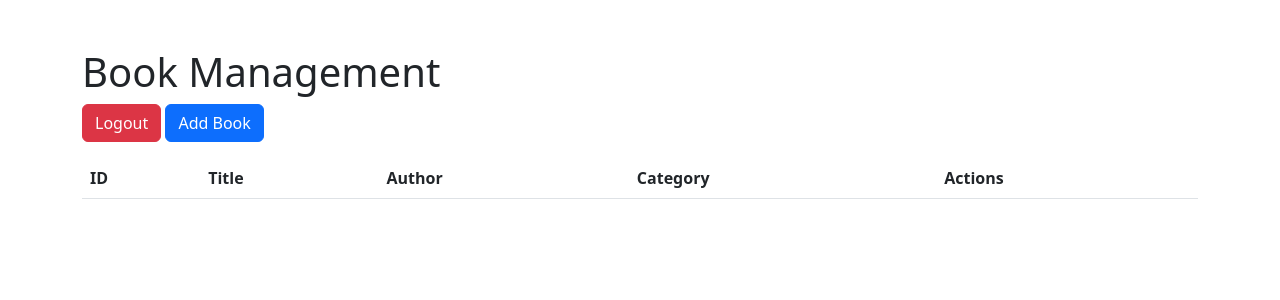
Repository: Abdulahi338/Book-management-system
Page: http://localhost/book/
The author's editor kept a copy of each file at every save. The page is drawn from the files as they stood at one save, then again after a run of saves.
The browser window is 1280 px wide. The pictures show the whole page.
The page is run by PHP 8.4 with error messages shown; the project is at /var/www/html/. The session is filled in as if someone had signed in: {"user_id": 1, "email": "test@example.com", "role": "admin"}. Other server files are loaded and not shown. Queries for data that is not in the repository find no rows.

Above is the page before, as saved 2024-08-22 17:36:25.

### index.php
<?php
session_start();

// Check if user is logged in
if (!isset($_SESSION['user_id'])) {
    header("Location: login.php");
    exit();
}

// Include database connection
include "conn.php";

?>
<!DOCTYPE html>
<html lang="en">
<head>
    <meta charset="UTF-8">
    <meta name="viewport" content="width=device-width, initial-scale=1.0">
    <title>Book Management System</title>
    <link href="https://cdn.jsdelivr.net/npm/bootstrap@5.3.0/dist/css/bootstrap.min.css" rel="stylesheet">
    <script src="https://code.jquery.com/jquery-3.6.0.min.js"></script>
    <script src="https://cdn.jsdelivr.net/npm/bootstrap@5.3.0/dist/js/bootstrap.bundle.min.js"></script>
    <script src="scripts.js"></script>
</head>
<body>
    <div class="container mt-5">
        <h1>Book Management</h1>
        <!-- Logout Button -->
        <a href="logout.php" class="btn btn-danger mb-3">Logout</a>
        <button class="btn btn-primary mb-3" data-bs-toggle="modal" data-bs-target="#addBookModal">Add Book</button>
        <table class="table table-striped">
            <thead>
                <tr>
                    <th>ID</th>
                    <th>Title</th>
                    <th>Author</th>
                    <th>Category</th>
                    <th>Actions</th>
                </tr>
            </thead>
            <tbody id="book-list">
                <!-- Books will be loaded here -->
            </tbody>
        </table>
    </div>

    <!-- Add Book Modal -->
    <div class="modal fade" id="addBookModal" tabindex="-1" aria-labelledby="addBookModalLabel" aria-hidden="true">
        <div class="modal-dialog">
            <div class="modal-content">
                <div class="modal-header">
                    <h5 class="modal-title" id="addBookModalLabel">Add Book</h5>
                    <button type="button" class="btn-close" data-bs-dismiss="modal" aria-label="Close"></button>
                </div>
                <div class="modal-body">
                    <form id="add-book-form">
                        <div class="mb-3">
                            <label for="add-title" class="form-label">Title</label>
                            <input type="text" class="form-control" id="add-title" required>
                        </div>
                        <div class="mb-3">
                            <label for="add-author" class="form-label">Author</label>
                            <select class="form-select" id="add-author" required>
                                <!-- Options will be loaded here -->
                            </select>
                        </div>
                        <div class="mb-3">
                            <label for="add-category" class="form-label">Category</label>
                            <select class="form-select" id="add-category" required>
                                <!-- Options will be loaded here -->
                            </select>
                        </div>
                        <button type="submit" class="btn btn-primary">Add Book</button>
                    </form>
                </div>
            </div>
        </div>
    </div>

    <!-- Edit Book Modal -->
    <div class="modal fade" id="editBookModal" tabindex="-1" aria-labelledby="editBookModalLabel" aria-hidden="true">
        <div class="modal-dialog">
            <div class="modal-content">
                <div class="modal-header">
                    <h5 class="modal-title" id="editBookModalLabel">Edit Book</h5>
                    <button type="button" class="btn-close" data-bs-dismiss="modal" aria-label="Close"></button>
                </div>
                <div class="modal-body">
                    <form id="edit-book-form">
                        <input type="hidden" id="edit-book-id">
                        <div class="mb-3">
                            <label for="edit-title" class="form-label">Title</label>
                            <input type="text" class="form-control" id="edit-title" required>
                        </div>
                        <div class="mb-3">
                            <label for="edit-author" class="form-label">Author</label>
                            <select class="form-select" id="edit-author" required>
                                <!-- Options will be loaded here -->
                            </select>
                        </div>
                        <div class="mb-3">
                            <label for="edit-category" class="form-label">Category</label>
                            <select class="form-select" id="edit-category" required>
                                <!-- Options will be loaded here -->
                            </select>
                        </div>
                        <button type="submit" class="btn btn-primary">Update Book</button>
                    </form>
                </div>
            </div>
        </div>
    </div>

    <script>
        $(document).ready(function() {
            // Load books
            function loadBooks() {
                $.get('api.php', { action: 'list_books' }, function(data) {
                    if (data.status === 'success') {
                        let booksHtml = '';
                        data.books.forEach(book => {
                            booksHtml += `<tr>
                                <td>${book.id}</td>
                                <td>${book.title}</td>
                                <td>${book.author}</td>
                                <td>${book.category}</td>
                                <td>
                                    <button class="btn btn-warning btn-sm edit-book" data-id="${book.id}">Edit</button>
                                    <button class="btn btn-danger btn-sm delete-book" data-id="${book.id}">Delete</button>
                                </td>
                            </tr>`;
                        });
                        $('#book-list').html(booksHtml);
                    }
                });
            }

            // Load authors and categories
            function loadSelectOptions() {
                $.get('api.php', { action: 'list_authors' }, function(data) {
                    if (data.status === 'success') {
                        let options = '<option value="">Select Author</option>';
                        data.authors.forEach(author => {
                            options += `<option value="${author.id}">${author.name}</option>`;
                        });
                        $('#add-author, #edit-author').html(options);
                    }
                });

                $.get('api.php', { action: 'list_categories' }, function(data) {
                    if (data.status === 'success') {
                        let options = '<option value="">Select Category</option>';
                        data.categories.forEach(category => {
                            options += `<option value="${category.id}">${category.name}</option>`;
                        });
                        $('#add-category, #edit-category').html(options);
                    }
                });
            }

            // Initialize
            loadBooks();
            loadSelectOptions();

            // Add book
            $('#add-book-form').on('submit', function(e) {
                e.preventDefault();
                $.post('api.php', {
                    action: 'add_book',
                    title: $('#add-title').val(),
                    author_id: $('#add-author').val(),
                    category_id: $('#add-category').val()
                }, function(data) {
                    if (data.status === 'success') {
                        $('#addBookModal').modal('hide');
                        loadBooks();
                    } else {
                        alert(data.message);
                    }
                });
            });

            // Edit book
            $(document).on('click', '.edit-book', function() {
                const id = $(this).data('id');
                $.get('api.php', { action: 'list_books' }, function(data) {
                    if (data.status === 'success') {
                        const book = data.books.find(b => b.id == id);
                        if (book) {
                            $('#edit-book-id').val(book.id);
                            $('#edit-title').val(book.title);
                            $('#edit-author').val(book.author_id);
                            $('#edit-category').val(book.category_id);
                            $('#editBookModal').modal('show');
                        }
                    }
                });
            });

            $('#edit-book-form').on('submit', function(e) {
                e.preventDefault();
                $.post('api.php', {
                    action: 'update_book',
                    id: $('#edit-book-id').val(),
                    title: $('#edit-title').val(),
                    author_id: $('#edit-author').val(),
                    category_id: $('#edit-category').val()
                }, function(data) {
                    if (data.status === 'success') {
                        $('#editBookModal').modal('hide');
                        loadBooks();
                    } else {
                        alert(data.message);
                    }
                });
            });

            // Delete book
            $(document).on('click', '.delete-book', function() {
                const id = $(this).data('id');
                if (confirm('Are you sure you want to delete this book?')) {
                    $.post('api.php', {
                        action: 'delete_book',
                        id: id
                    }, function(data) {
                        if (data.status === 'success') {
                            loadBooks();
                        } else {
                            alert(data.message);
                        }
                    });
                }
            });
        });
    </script>
</body>
</html>

### conn.php
<?php

$conn = new mysqli("localhost", "root", "", "libray1");

// Check connection
if ($conn->connect_error) {
    die("Connection failed: " . $conn->connect_error);
}

?>

### scripts.js
$(document).ready(function() {
    // Load books
    function loadBooks() {
        $.get('api.php?action=list_books', function(data) {
            if (data.status === 'success') {
                let rows = '';
                $.each(data.books, function(index, book) {
                    rows += `<tr>
                                <td>${book.id}</td>
                                <td>${book.title}</td>
                                <td>${book.author}</td>
                                <td>${book.category}</td>
                                <td>
                                    <button class="btn btn-warning btn-sm me-2 edit-book" data-id="${book.id}">Edit</button>
                                    <button class="btn btn-danger btn-sm delete-book" data-id="${book.id}">Delete</button>
                                </td>
                             </tr>`;
                });
                $('#book-list').html(rows);
            } else {
                alert(data.message);
            }
        });
    }

    loadBooks();

    // Add book
    $('#add-book-form').submit(function(e) {
        e.preventDefault();
        $.post('api.php?action=add_book', {
            title: $('#add-title').val(),
            author: $('#add-author').val(),
            category: $('#add-category').val()
        }, function(data) {
            if (data.status === 'success') {
                $('#addBookModal').modal('hide');
                loadBooks();
            } else {
                alert(data.message);
            }
        });
    });

    // Edit book
    $('#book-list').on('click', '.edit-book', function() {
        let id = $(this).data('id');
        $.get('api.php?action=list_books', function(data) {
            if (data.status === 'success') {
                let book = data.books.find(b => b.id == id);
                if (book) {
                    $('#edit-book-id').val(book.id);
                    $('#edit-title').val(book.title);
                    $('#edit-author').val(book.author);
                    $('#edit-category').val(book.category);
                    $('#editBookModal').modal('show');
                }
            }
        });
    });

    $('#edit-book-form').submit(function(e) {
        e.preventDefault();
        $.post('api.php?action=update_book', {
            id: $('#edit-book-id').val(),
            title: $('#edit-title').val(),
            author: $('#edit-author').val(),
            category: $('#edit-category').val()
        }, function(data) {
            if (data.status === 'success') {
                $('#editBookModal').modal('hide');
                loadBooks();
            } else {
                alert(data.message);
            }
        });
    });

    // Delete book
    $('#book-list').on('click', '.delete-book', function() {
        if (confirm('Are you sure you want to delete this book?')) {
            let id = $(this).data('id');
            $.post('api.php?action=delete_book', { id: id }, function(data) {
                if (data.status === 'success') {
                    loadBooks();
                } else {
                    alert(data.message);
                }
            });
        }
    });
});

### api.php
<?php
session_start();
include 'conn.php';

// Check if user is logged in
if (!isset($_SESSION['user_id'])) {
    header("Location: login.php");
    exit();
}
$role = $_SESSION['role'];
// Function to check if the user is an admin
function isUserAdmin() {
    return isset($_SESSION['role']) && $_SESSION['role'] === 'admin';
}

header('Content-Type: application/json');

$action = $_POST['action'] ?? $_GET['action'] ?? '';

switch ($action) {
    case 'list_books':
        $books = [];
        $query = "SELECT books.id, books.title, authors.name AS author, categories.name AS category
                  FROM books
                  JOIN authors ON books.author_id = authors.id
                  JOIN categories ON books.category_id = categories.id";
        $result = $conn->query($query);
        if ($result) {
            while ($row = $result->fetch_assoc()) {
                $books[] = $row;
            }
            echo json_encode(['status' => 'success', 'books' => $books]);
        } else {
            echo json_encode(['status' => 'error', 'message' => 'Error fetching books']);
        }
        break;

    case 'list_authors':
        $authors = [];
        $query = "SELECT id, name FROM authors";
        $result = $conn->query($query);
        if ($result) {
            while ($row = $result->fetch_assoc()) {
                $authors[] = $row;
            }
            echo json_encode(['status' => 'success', 'authors' => $authors]);
        } else {
            echo json_encode(['status' => 'error', 'message' => 'Error fetching authors']);
        }
        break;

    case 'list_categories':
        $categories = [];
        $query = "SELECT id, name FROM categories";
        $result = $conn->query($query);
        if ($result) {
            while ($row = $result->fetch_assoc()) {
                $categories[] = $row;
            }
            echo json_encode(['status' => 'success', 'categories' => $categories]);
        } else {
            echo json_encode(['status' => 'error', 'message' => 'Error fetching categories']);
        }
        break;

    case 'add_book':
        if (!isUserAdmin()) {
            echo json_encode(['status' => 'error', 'message' => 'Access denied']);
            exit();
        }
        $title = $_POST['title'] ?? '';
        $author_id = $_POST['author_id'] ?? '';
        $category_id = $_POST['category_id'] ?? '';

        if ($title && $author_id && $category_id) {
            $query = $conn->prepare("INSERT INTO books (title, author_id, category_id) VALUES (?, ?, ?)");
            $query->bind_param('sii', $title, $author_id, $category_id);
            if ($query->execute()) {
                echo json_encode(['status' => 'success', 'message' => 'Book added successfully']);
            } else {
                echo json_encode(['status' => 'error', 'message' => 'Error adding book']);
            }
        } else {
            echo json_encode(['status' => 'error', 'message' => 'All fields are required']);
        }
        break;

    case 'update_book':
        if (!isUserAdmin()) {
            echo json_encode(['status' => 'error', 'message' => 'Access denied']);
            exit();
        }
        $id = $_POST['id'] ?? '';
        $title = $_POST['title'] ?? '';
        $author_id = $_POST['author_id'] ?? '';
        $category_id = $_POST['category_id'] ?? '';

        if ($id && $title && $author_id && $category_id) {
            $query = $conn->prepare("UPDATE books SET title = ?, author_id = ?, category_id = ? WHERE id = ?");
            $query->bind_param('siii', $title, $author_id, $category_id, $id);
            if ($query->execute()) {
                echo json_encode(['status' => 'success', 'message' => 'Book updated successfully']);
            } else {
                echo json_encode(['status' => 'error', 'message' => 'Error updating book']);
            }
        } else {
            echo json_encode(['status' => 'error', 'message' => 'All fields are required']);
        }
        break;

    case 'delete_book':
        if (!isUserAdmin()) {
            echo json_encode(['status' => 'error', 'message' => 'Access denied']);
            exit();
        }
        $id = $_POST['id'] ?? '';
        if ($id) {
            $query = $conn->prepare("DELETE FROM books WHERE id = ?");
            $query->bind_param('i', $id);
            if ($query->execute()) {
                echo json_encode(['status' => 'success', 'message' => 'Book deleted successfully']);
            } else {
                echo json_encode(['status' => 'error', 'message' => 'Error deleting book']);
            }
        } else {
            echo json_encode(['status' => 'error', 'message' => 'ID is required']);
        }
        break;

    default:
        echo json_encode(['status' => 'error', 'message' => 'Invalid action']);
        break;
}

$conn->close();
?>

After the next 2 saves:
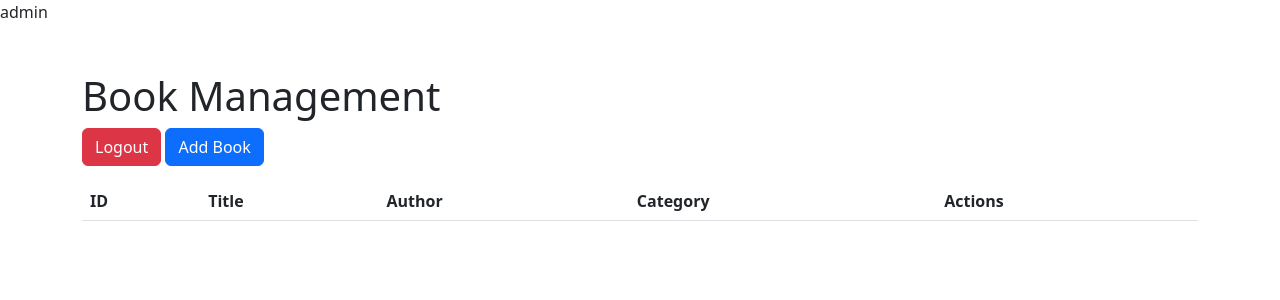
The 2 saves are shown as one change because they came seconds apart.
The last was saved 6 s later.
--- a/index.php
+++ b/index.php
@@ -9,7 +9,7 @@
 
 // Include database connection
 include "conn.php";
-
+echo $_SESSION['role'];
 ?>
 <!DOCTYPE html>
 <html lang="en">

After the save that followed:
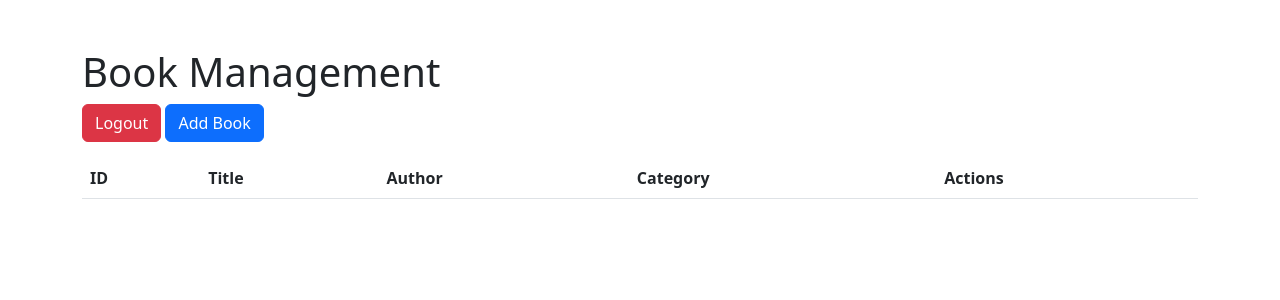
Saved 55 s later.
--- a/index.php
+++ b/index.php
@@ -9,7 +9,6 @@
 
 // Include database connection
 include "conn.php";
-echo $_SESSION['role'];
 ?>
 <!DOCTYPE html>
 <html lang="en">
